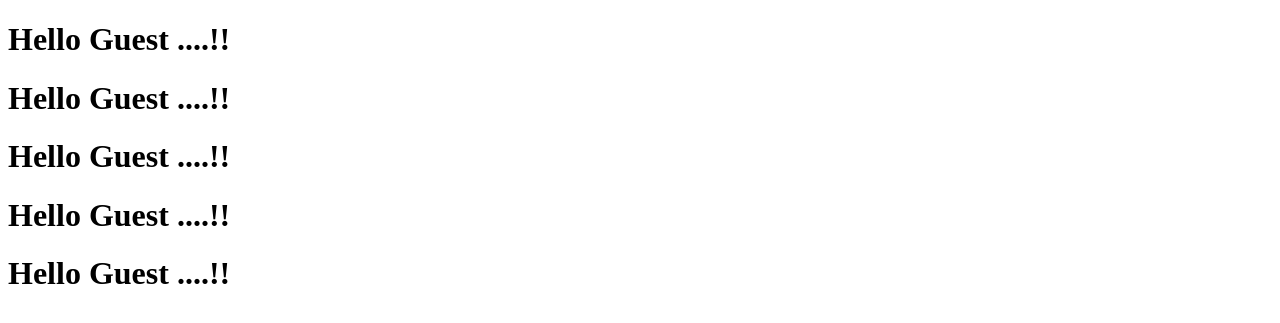
Repository: shadkhan8815/Advance-java
Page: http://localhost/Web-Project/MySecondPage.jsp
These files come from the project's save history. The page is drawn as it stood at one moment and after the next save; the edit follows.
The browser window is 1280 px wide. The pictures show the whole page.
The page is served by Tomcat 9.

Above is the page before, as saved 2025-04-23 10:04:52.

After the next save:
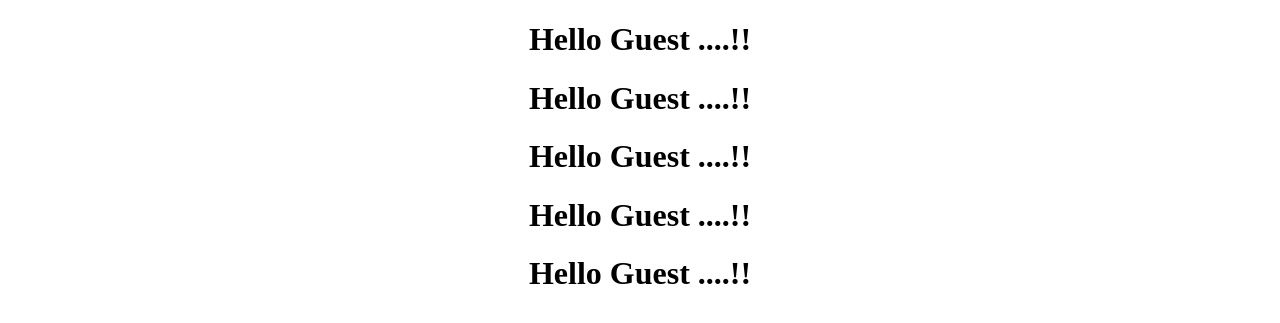
Saved 37 s later.
--- a/Web-Project/WebContent/MySecondPage.jsp
+++ b/Web-Project/WebContent/MySecondPage.jsp
@@ -7,12 +7,14 @@
 <title>Insert title here</title>
 </head>
 <body>
-	<%
-		for (int i = 1; i <= 5; i++) {
-	%>
-	<h1>Hello Guest ....!!</h1>
-	<%
-		}
-	%>
+	<div align="center">
+		<%
+			for (int i = 1; i <= 5; i++) {
+		%>
+		<h1>Hello Guest ....!!</h1>
+		<%
+			}
+		%>
+	</div>
 </body>
 </html>
